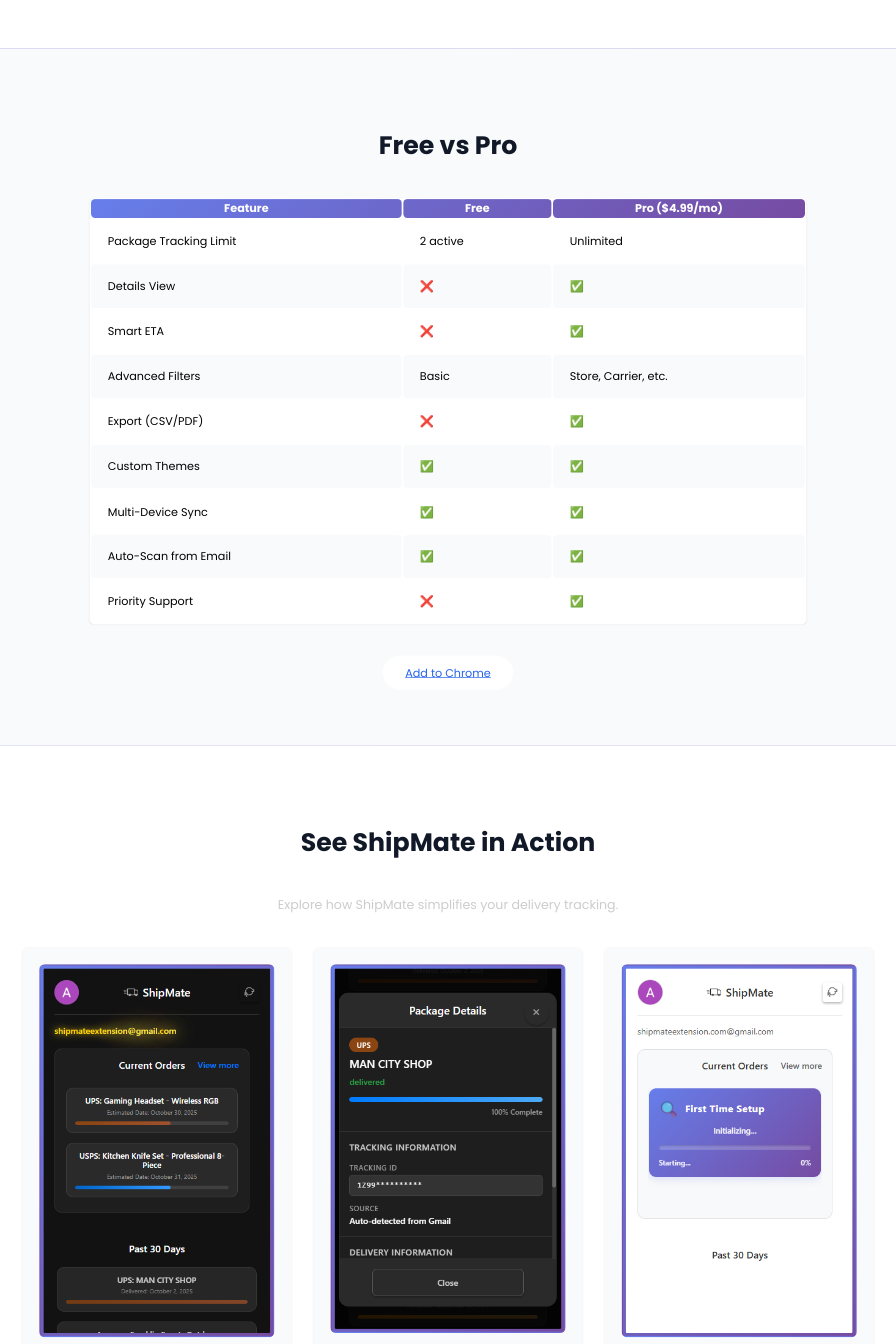
Repository: epeguero8311/shipmate-website
Page: index.html
These files come from the project's save history. The page is drawn as it stood at one moment and after the next save; the edit follows.
The browser window is 1280 px wide. The pictures show the part of the page from y = 939 to 2859 px (the page is 3520 px tall), at 70% of full size.

Above is the page before, as saved 2025-10-29 14:40:39.

### index.html
<!DOCTYPE html>
<html lang="en">
<head>
  <meta charset="UTF-8" />
  <meta name="viewport" content="width=device-width, initial-scale=1.0" />
  <title>ShipMate – Package Tracking Chrome Extension</title>
  <meta name="description" content="ShipMate lets you track all your packages effortlessly, straight from your Gmail inbox." />
  <link rel="icon" href="assets/icon.png" type="image/png" />
  <link rel="stylesheet" href="styles.css" />
</head>
<body class="body">
  <header class="header">
    <div class="header-container">
      <div class="header-logo-title">
        <h1 class="header-title">ShipMate</h1>
        <img src="assets/icon.png" alt="ShipMate Logo" class="header-logo" />
      </div>
      <p class="header-subtitle">Track your packages effortlessly, straight from your Gmail inbox.</p>
        <div class="header-buttons">
          <a href="https://chromewebstore.google.com/detail/[your-extension-id]" class="btn btn-primary">Add to Chrome</a>
        </div>
    </div>
  </header>

  <section class="section">
    <div class="section-container">
      <h2 class="section-title">Why ShipMate?</h2>
      <p class="section-subtitle">ShipMate transforms package tracking with a clean, intuitive interface, pulling delivery details directly from Gmail.</p>
      <div class="grid">
        <div class="card fade-in">
          <h3 class="card-title">Auto-Tracking</h3>
          <p class="card-text">Instantly pulls tracking info from your Gmail and updates automatically.</p>
        </div>
        <div class="card fade-in">
          <h3 class="card-title">Smart Dashboard</h3>
          <p class="card-text">Organizes "In Progress" packages with powerful sorting and filtering.</p>
        </div>
        <div class="card fade-in">
          <h3 class="card-title">Customizable UI</h3>
          <p class="card-text">Toggle between light and dark modes for a tailored experience.</p>
        </div>
      </div>
    </div>
  </section>

  <section class="section-alt">
    <div class="section-container">
      <h2 class="section-title">Free vs Pro</h2>
      <div class="table-wrapper">
        <table class="table">
          <thead>
            <tr class="table-header">
              <th>Feature</th>
              <th>Free</th>
              <th>Pro ($4.99/mo)</th>
            </tr>
          </thead>
          <tbody>
            <tr><td>Package Tracking Limit</td><td>2 active</td><td>Unlimited</td></tr>
            <tr><td>Details View</td><td>❌</td><td>✅</td></tr>
            <tr><td>Smart ETA</td><td>❌</td><td>✅</td></tr>
            <tr><td>Advanced Filters</td><td>Basic</td><td>Store, Carrier, etc.</td></tr>
            <tr><td>Export (CSV/PDF)</td><td>❌</td><td>✅</td></tr>
            <tr><td>Custom Themes</td><td>✅</td><td>✅</td></tr>
            <tr><td>Multi-Device Sync</td><td>✅</td><td>✅</td></tr>
            <tr><td>Auto-Scan from Email</td><td>✅</td><td>✅</td></tr>
            <tr><td>Priority Support</td><td>❌</td><td>✅</td></tr>
          </tbody>
        </table>
      </div>
    </div>
          <div class="header-buttons">
          <a href="https://chromewebstore.google.com/detail/[your-extension-id]" class="btn2 btn2-primary">Add to Chrome</a>
        </div>
  </section>

  <section class="section">
    <div class="section-container">
      <h2 class="section-title">See ShipMate in Action</h2>
      <p class="section-subtitle">Explore how ShipMate simplifies your delivery tracking.</p>
      <div class="grid grid-screenshots">
        <div class="card fade-in"><img src="assets/screenshot1.png" class="screenshot-img" alt="Dashboard"><h3>Smart Dashboard</h3></div>
        <div class="card fade-in"><img src="assets/screenshot2.png" class="screenshot-img" alt="Package Details"><h3>Package Details</h3></div>
        <div class="card fade-in"><img src="assets/screenshot3.png" class="screenshot-img" alt="Dark Mode"><h3>Theme Switching</h3></div>
      </div>
    </div>
  </section>

  <section class="cta">
    <div class="cta-container">
      <h2 class="section-title">Track Smarter with ShipMate</h2>
      <p class="section-subtitle">Install ShipMate now for effortless tracking. Go Pro for unlimited features.</p>
      <div class="header-buttons">
        <a href="privacy.html" class="btn btn-secondary">Privacy Policy</a>
        <a href="terms.html" class="btn btn-secondary">Terms of Service</a>
      </div>
    </div>
  </section>

  <footer class="footer">
    <p>&copy; 2025 ShipMate. All rights reserved. | <a href="terms.html">Terms</a> | <a href="privacy.html">Privacy</a> | Contact shipmateextension@gmail.com</p>
  </footer>

  <style>
    /* Button group styling */
    .header-buttons {
      display: flex;
      gap: 12px;
      justify-content: center;
      align-items: center;
      flex-wrap: wrap;
      margin-top: 20px;
    }

    .btn-secondary {
      background: transparent;
      color: #ffffff;
      border: 2px solid #ececec;
      padding: 12px 24px;
      border-radius: 8px;
      text-decoration: none;
      font-weight: 600;
      font-size: 16px;
      transition: all 0.3s ease;
      display: inline-block;
    }

    .btn-secondary:hover {
      background: #667eea;
      color: white;
      transform: translateY(-2px);
      box-shadow: 0 4px 12px rgba(102, 126, 234, 0.3);
    }
  </style>
</body>
</html>

### styles.css
@import url('https://fonts.googleapis.com/css2?family=Poppins:wght@400;600;700&display=swap');


html {
  scroll-behavior: smooth;
  -ms-overflow-style: none;
  scrollbar-width: none;
}

html::-webkit-scrollbar {
  display: none;
}

body {
  background: linear-gradient(135deg, #667eea 0%, #764ba2 100%);
  margin: 0;
  font-family: 'Poppins', sans-serif;
  -webkit-font-smoothing: antialiased;
}

.header-container {
  max-width: 100%;
  padding: 0 1rem;
  text-align: center;
}

.header {
  background: linear-gradient(135deg, #667eea 0%, #764ba2 100%);
  color: white;
  padding: 4rem 0;
}

.header-logo-title {
  display: flex;
  align-items: center;
  justify-content: center;
  gap: 1rem;
}

.header-logo {
  width: 8%;
  height: 8%;
}

.header-title {
  font-size: 2.25rem;
  font-weight: 800;
  letter-spacing: -0.025em;
  animation: fadeIn 1s forwards;
}

@media (min-width: 768px) {
  .header-title {
    font-size: 3rem;
  }
}

.header-subtitle {
  margin-top: 1rem;
  font-size: 1.125rem;
  color: #DBEAFE;
  max-width: 32rem;
  margin-left: auto;
  margin-right: auto;
}

@media (min-width: 768px) {
  .header-subtitle {
    font-size: 1.25rem;
  }
}

.btn {
  display: inline-block;
  font-weight: 500;
  padding: 0.75rem 2rem;
  border-radius: 9999px;
  transition: all 0.3s ease;
}

.btn-primary {
  background-color: white;
  color: #2563EB;
  margin-top: 1.5rem;
}

.btn-primary:hover {
  transform: scale(1.05);
  background-color: #EFF6FF;
}

.btn2 {
  display: inline-block;
  font-weight: 500;
  padding: 0.75rem 2rem;
  border-radius: 9999px;
  transition: all 0.3s ease;
}

.btn2-primary {
  background-color: white;
  border-color: #0051ff;
  color: #2563EB;
  margin-top: 1.5rem;
}

.btn2-primary:hover {
  transform: scale(1.05);
  background-color: #EFF6FF;
}

.btn2-primary {
  background-color: white;
  color: #2563EB;
  margin-top: 1.5rem;
}

.btn2-primary:hover {
  transform: scale(1.05);
  background-color: #EFF6FF;
}

.section {
  padding: 5rem 0;
  background-color: white;
}

.section-alt {
  padding: 5rem 0;
  background-color: #F9FAFB;
}

.section-container {
  max-width: 100%;
  padding: 0 1rem;
}

.section-title {
  font-size: 1.875rem;
  font-weight: 700;
  color: #111827;
  text-align: center;
  margin-bottom: 3rem;
  animation: fadeIn 1s forwards;
}

@media (min-width: 768px) {
  .section-title {
    font-size: 2.25rem;
  }
}

.section-subtitle {
  text-align: center;
  color: #cccccc;
  margin-bottom: 3rem;
  max-width: 48rem;
  margin-left: auto;
  margin-right: auto;
  font-size: 1.125rem;
}

.grid {
  display: grid;
  gap: 3rem;
  padding: 0 1rem;
}

@media (min-width: 768px) {
  .grid {
    grid-template-columns: repeat(3, 1fr);
  }
}

.grid-screenshots {
  display: grid;
  gap: 2rem;
  padding: 0 1rem;
}

@media (min-width: 768px) {
  .grid-screenshots {
    grid-template-columns: repeat(3, 1fr);
    grid-template-rows: auto;
  }
}

@media (max-width: 767px) {
  .grid-screenshots {
    grid-template-columns: 1fr;
  }
}

.card {
  text-align: center;
  padding: 1.5rem;
  background-color: #F9FAFB;
  border-radius: 0.5rem;
  box-shadow: 0 1px 3px rgba(0, 0, 0, 0.1);
  transition: transform 0.3s ease;
}

.card:hover {
  transform: scale(1.05);
}

.card-title {
  font-size: 1.25rem;
  font-weight: 600;
  color: #1F2937;
  margin-bottom: 0.75rem;
}

.card-text {
  color: #6B7280;
}

.screenshot-img {
  width: 100%;
  height: auto;
  border-radius: 0.5rem;
  margin-bottom: 1rem;
  border: 2px solid transparent;
  background: linear-gradient(135deg, #667eea 0%, #764ba2 100%);
  padding: 4px;
  box-sizing: border-box;
}

.table-wrapper {
  overflow-x: auto;
  padding: 0 1rem;
}

.table {
width: 100%;
  max-width: 64rem;
  margin-left: auto;
  margin-right: auto;
  background-color: white;
  border-radius: 0.5rem;
  box-shadow: 0 1px 3px rgba(0, 0, 0, 0.1);
}

.table-header {
  background: linear-gradient(135deg, #667eea 0%, #764ba2 100%);
  color: white;
}

.table-cell {
  padding: 1rem 1.5rem;
  text-align: center;
  font-size: 0.875rem;
  font-weight: 500;
}

.table-cell-left {
  padding: 1rem 1.5rem;
  text-align: left;
  font-size: 0.875rem;
  font-weight: 500;
}

.table-body {
  color: #4B5563;
}

.table-row {
  border-bottom: 1px solid #E5E7EB;
}

.table tbody tr {
  height: auto; /* allow flexible row height */
}

.table tbody tr td,
.table tbody tr th {
  padding: 1.2rem 1.5rem; /* more vertical + horizontal padding */
  line-height: 1.5;       /* increase line height for readability */
}

.table tbody tr:not(:last-child) {
  border-bottom: 1px solid #e5e7eb; /* subtle separation between rows */
}

/* Optional: alternating row color for clarity */
.table tbody tr:nth-child(even) {
  background-color: #f9fafc;
}

/* Optional: slightly rounded cells for a modern look */
.table td, .table th {
  border-radius: 6px;
}

.text-center {
  text-align: center;
}

.cta {
  padding: 5rem 0;
  background: linear-gradient(135deg, #667eea 0%, #764ba2 100%);
  color: white;
}

.cta-container {
  max-width: 100%;
  padding: 0 1rem;
  text-align: center;
}

.cta-buttons {
  display: flex;
  flex-direction: column;
  justify-content: center;
  gap: 1.5rem;
}

@media (min-width: 640px) {
  .cta-buttons {
    flex-direction: row;
  }
}

.btn-secondary {
  background-color: #030303;
  color: #000000;
}

.btn-secondary:hover {
  transform: scale(1.05);
  background-color: #FCD34D;
}

.footer {
  display: flex;
  justify-content: center;
  align-items: center;
  flex-direction: column;
  background-color: #111827;
}

.footer-container {
  max-width: 100%;
  padding: 0 1rem;
  text-align: center;
}

.footer-link {
  margin-top: 0.5rem;
}
.footer a {
  color: white;
  text-decoration: none;
}
.footer p {
  color: white;
  text-decoration: none;
}
.link {
  text-decoration: underline;
  color: #D1D5DB;
}

.link:hover {
  color: white;
}

.fade-in {
  opacity: 0;
  animation: fadeIn 1s forwards;
}

@keyframes fadeIn {
  to { opacity: 1; }
}

After the next save:
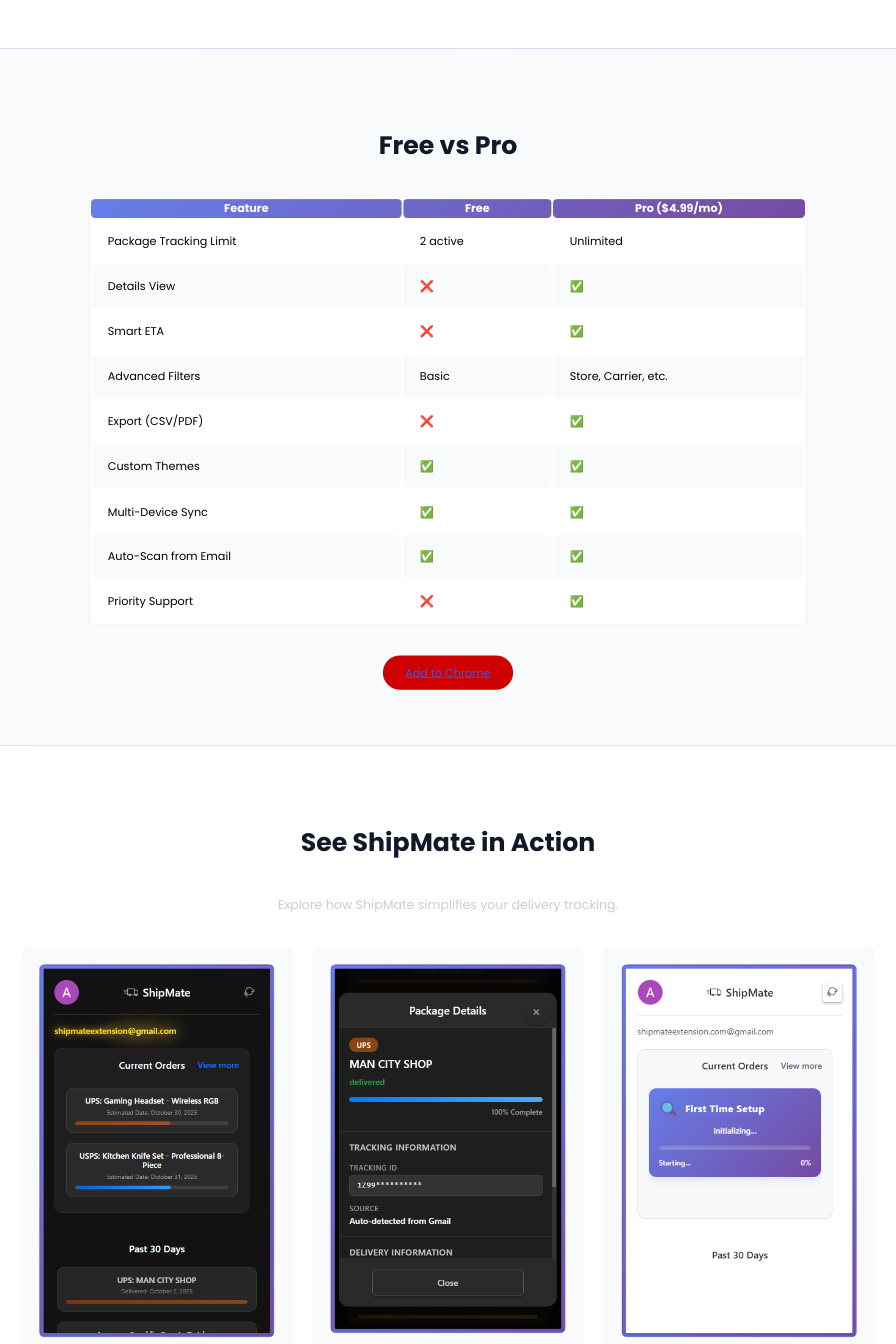
Saved 115 s later.
--- a/styles.css
+++ b/styles.css
@@ -98,7 +98,7 @@
 }
 
 .btn2-primary {
-  background-color: white;
+  background-color: rgb(224, 0, 0);
   border-color: #0051ff;
   color: #2563EB;
   margin-top: 1.5rem;
@@ -106,11 +106,11 @@
 
 .btn2-primary:hover {
   transform: scale(1.05);
-  background-color: #EFF6FF;
+  background-color: #e63c08;
 }
 
 .btn2-primary {
-  background-color: white;
+  background-color: rgb(206, 0, 0);
   color: #2563EB;
   margin-top: 1.5rem;
 }

After the 2 saves that followed:
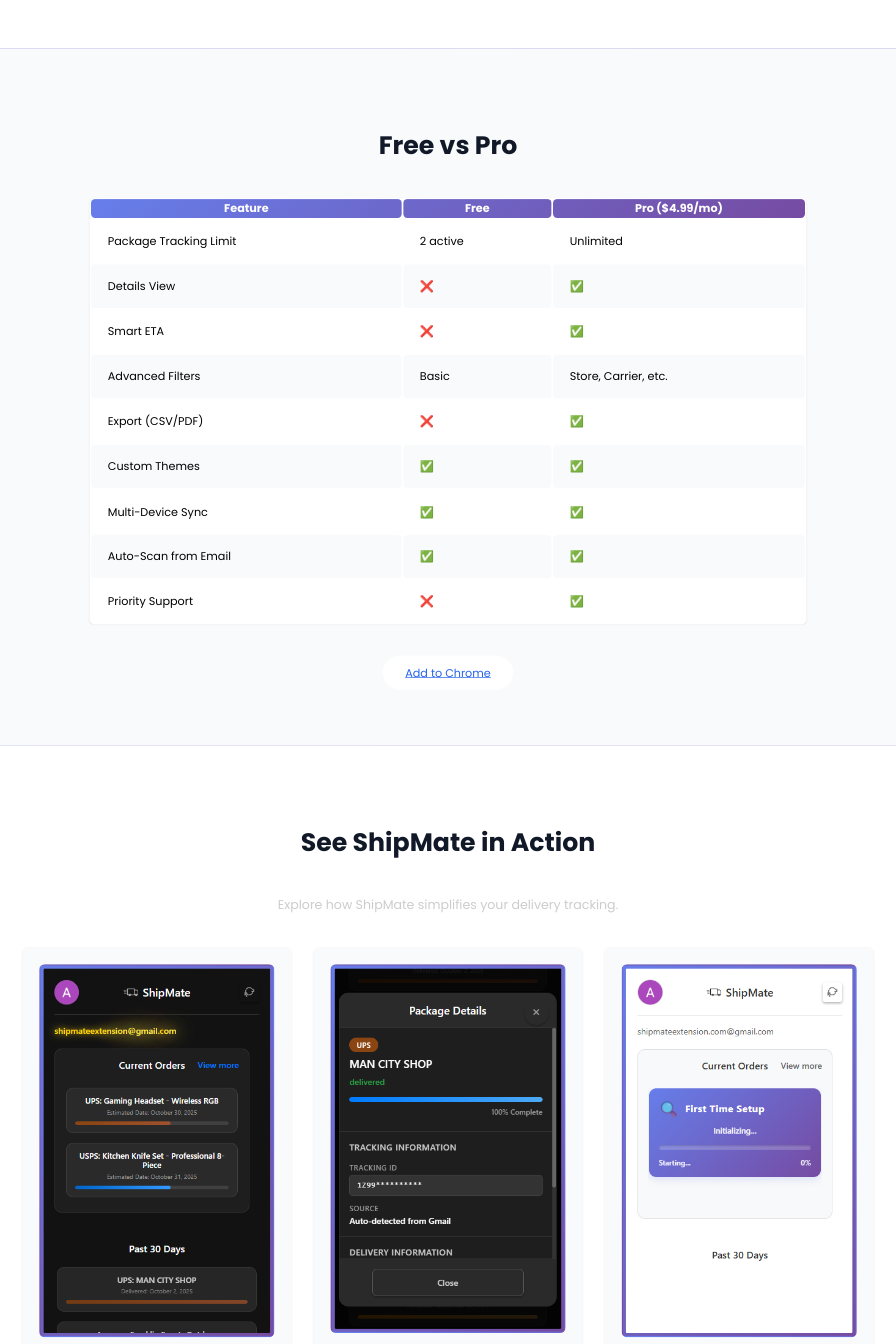
The 2 saves are shown as one change because 1 left the picture as it was.
The last was saved 24 s later.
--- a/styles.css
+++ b/styles.css
@@ -98,7 +98,7 @@
 }
 
 .btn2-primary {
-  background-color: rgb(224, 0, 0);
+  background-color: rgb(255, 255, 255);
   border-color: #0051ff;
   color: #2563EB;
   margin-top: 1.5rem;
@@ -106,11 +106,11 @@
 
 .btn2-primary:hover {
   transform: scale(1.05);
-  background-color: #e63c08;
+  background-color: #e9e9e9;
 }
 
 .btn2-primary {
-  background-color: rgb(206, 0, 0);
+  background-color: rgb(255, 255, 255);
   color: #2563EB;
   margin-top: 1.5rem;
 }
